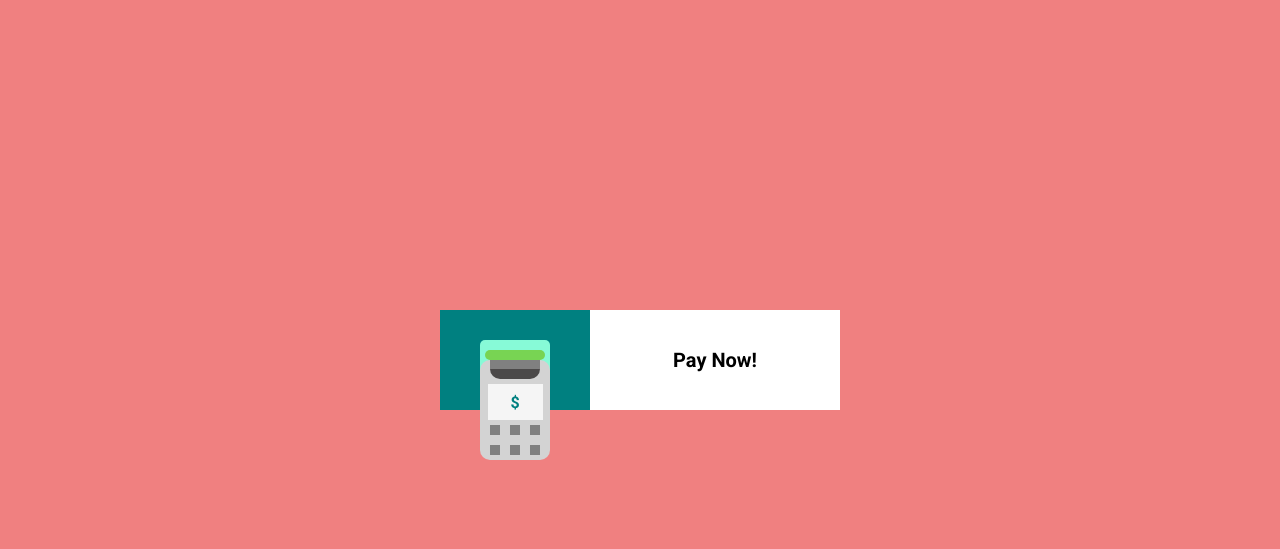
Repository: safak/animation
Page: index.html
An editor plug-in stored every save of this project. The page is shown before and after a run of saves, followed by the edit.
The browser window is 1280 px wide. The pictures show the whole page.

Above is the page before, as saved 2020-12-19 01:11:55.

### index.html
<html lang="en">
  <head>
    <meta charset="UTF-8" />
    <meta name="viewport" content="width=device-width, initial-scale=1.0" />
    <link rel="stylesheet" href="style.css" />
    <link
      rel="stylesheet"
      href="https://cdnjs.cloudflare.com/ajax/libs/font-awesome/5.15.1/css/all.min.css"
      integrity="sha512-+4zCK9k+qNFUR5X+cKL9EIR+ZOhtIloNl9GIKS57V1MyNsYpYcUrUeQc9vNfzsWfV28IaLL3i96P9sdNyeRssA=="
      crossorigin="anonymous"
    />
    <link rel="preconnect" href="https://fonts.gstatic.com" />
    <link
      href="https://fonts.googleapis.com/css2?family=Roboto:wght@100;300;400;500;700;900&display=swap"
      rel="stylesheet"
    />
    <title>Document</title>
  </head>
  <body>
    <div class="container">
      <div class="interactive-container">
        <div class="card">
          <div class="card-line"></div>
          <div class="card-circles">
            <div class="card-circle"></div>
            <div class="card-circle"></div>
            <div class="card-circle"></div>
          </div>
        </div>
        <div class="post">
          <div class="post-line"></div>
          <div class="post-screen"><span>$</span></div>
          <div class="post-numbers">
            <div class="post-number"></div>
            <div class="post-number"></div>
            <div class="post-number"></div>
            <div class="post-number"></div>
            <div class="post-number"></div>
            <div class="post-number"></div>
          </div>
        </div>
      </div>
      <div class="text-container">Pay Now!</div>
    </div>
  </body>
</html>

### style.css
* {
  padding: 0px;
  margin: 0px;
}

body {
  display: flex;
  align-items: center;
  justify-content: center;
  min-height: 100vh;
  background: lightcoral;
  font-family: "Roboto", sans-serif;
}

.container {
  width: 400px;
  display: flex;
  align-items: center;
  background-color: white;
  cursor: pointer;
}

.interactive-container {
  width: 150px;
  height: 100px;
  background-color: teal;
  position: relative;
  /* overflow: hidden; */
}

.card {
  width: 70px;
  height: 40px;
  background-color: rgb(135, 250, 215);
  border-radius: 5px;
  position: absolute;
  top: 30px;
  left: 40px;
}

.card-line {
  width: 60px;
  height: 10px;
  background-color: rgb(120, 212, 83);
  border-radius: 5px;
  position: absolute;
  top: 10px;
  left: 5px;
}

.card-circles {
  position: absolute;
  top: 25px;
  left: 5px;
  display: flex;
}

.card-circle {
  width: 7px;
  height: 7px;
  border-radius: 50%;
  margin-right: 5px;
}

.card-circle:nth-child(1) {
  background-color: rgb(120, 212, 83);
}

.card-circle:nth-child(2) {
  background-color: rgb(80, 153, 51);
}

.card-circle:nth-child(3) {
  background-color: rgb(40, 95, 18);
}

.post {
  width: 70px;
  height: 100px;
  border-radius: 10px;
  background-color: lightgray;
  display: flex;
  flex-direction: column;
  align-items: center;
  position: absolute;
  top: 50px;
  left: 40px;
}

.post-line {
  width: 50px;
  height: 10px;
  background-color: gray;
  position: relative;
}

.post-line:after {
  content: "";
  width: 50px;
  height: 10px;
  background-color: rgb(75, 73, 73);
  position: absolute;
  bottom: -10px;
  border-radius: 0px 0px 10px 10px;
}

.post-screen {
  width: 55px;
  height: 40px;
  background-color: whitesmoke;
  margin-top: 15px;
  display: flex;
  align-items: center;
  justify-content: center;
  color: teal;
  font-weight: bold;
}

.post-numbers {
  display: flex;
  align-items: center;
  justify-content: center;
  flex-wrap: wrap;
}

.post-number {
  width: 10px;
  height: 10px;
  background-color: gray;
  margin: 5px;
}

.text-container {
  width: 250px;
  font-weight: bold;
  font-size: 20px;
  display: flex;
  align-items: center;
  justify-content: center;
}

After the next 2 saves:
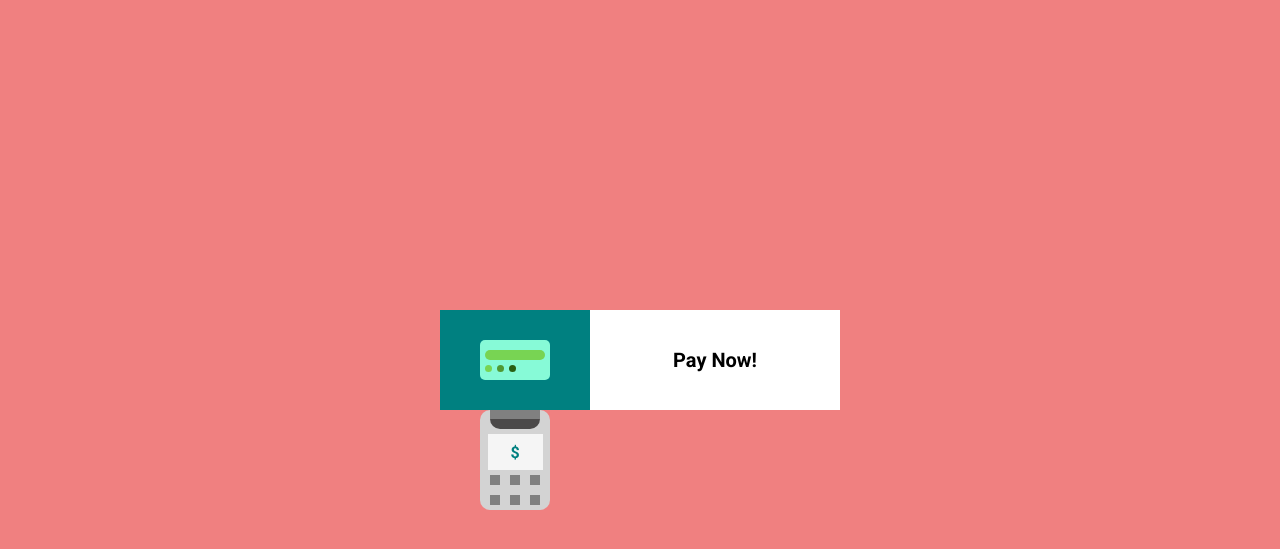
The 2 saves are shown as one change because they came seconds apart.
The last was saved 49 s later.
--- a/style.css
+++ b/style.css
@@ -83,7 +83,7 @@ body {
   flex-direction: column;
   align-items: center;
   position: absolute;
-  top: 50px;
+  top: 100px;
   left: 40px;
 }
 
